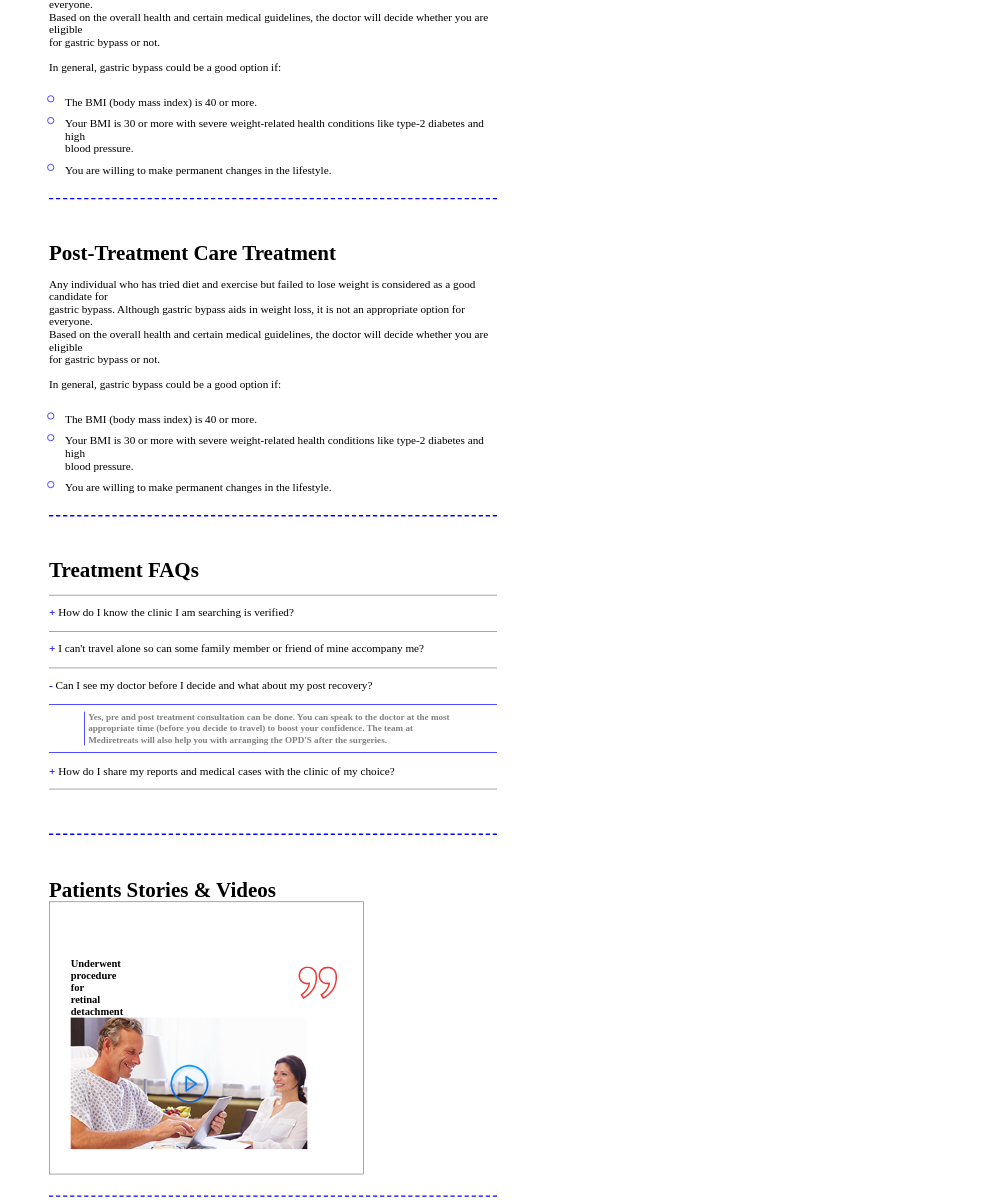
Repository: hetuk2005/webDevelopment
Page: Projects/Aafiya.html
The author's editor kept a copy of each file at every save. The page is drawn from the files as they stood at one save, then again after the next save.
The browser window is 1280 px wide. The page is 1438 px wide, so the pictures cover 1438 px, including what lies to the right of the window. The pictures show the part of the page from y = 2864 to 4584 px (the page is 4584 px tall before and 4509 px after), at 70% of full size.

Above is the page before, as saved 2025-04-08 10:36:51.

After the next save:
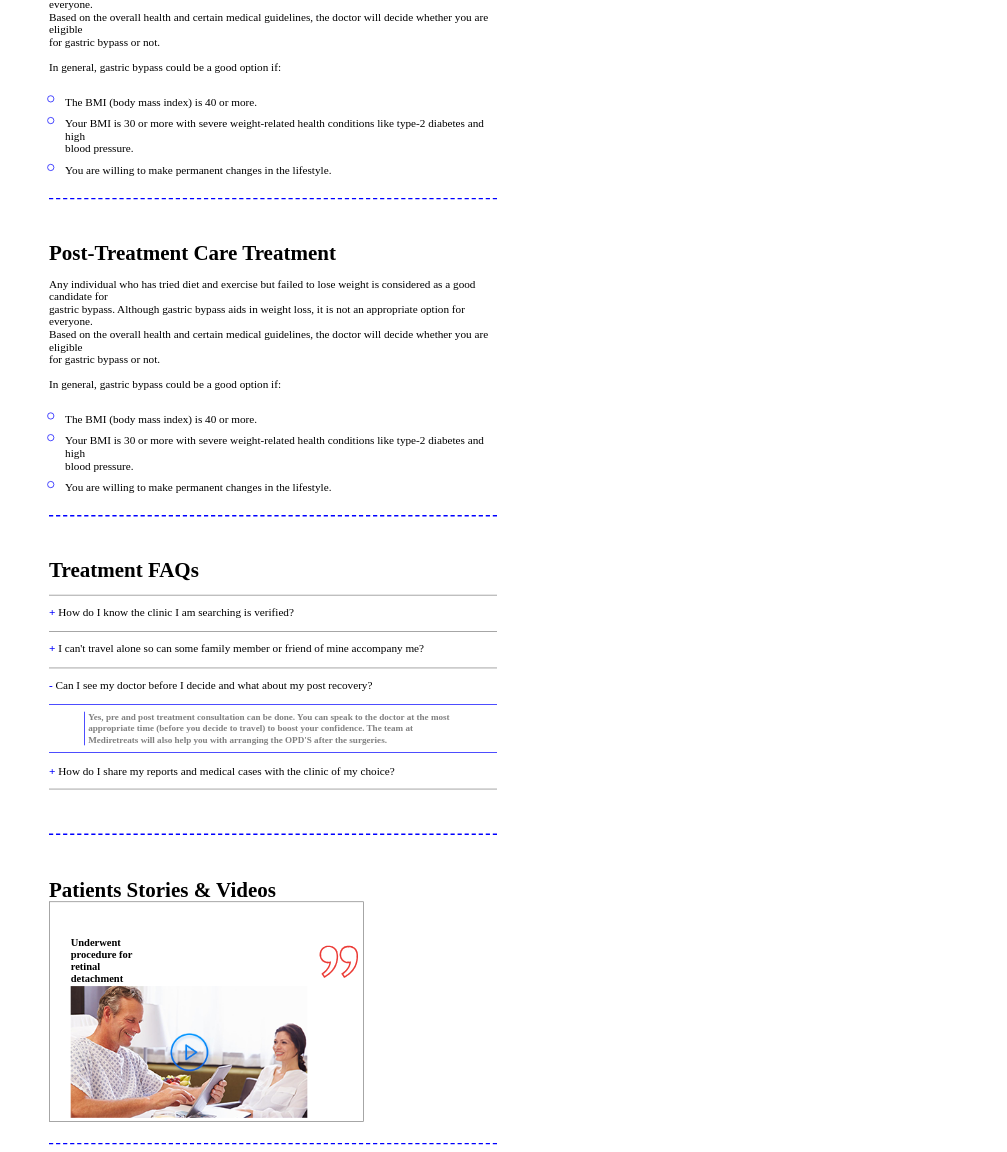
Saved 14 s later.
--- a/Projects/CSS/Aafiya.css
+++ b/Projects/CSS/Aafiya.css
@@ -512,7 +512,7 @@ span {
 .patient_stories>.stories_img {
     border: 1px solid gray;
     width: 450px;
-    padding: 30px;
+    padding-left: 30px;
 }
 
 .patient_stories>.stories_img>.text1 {
